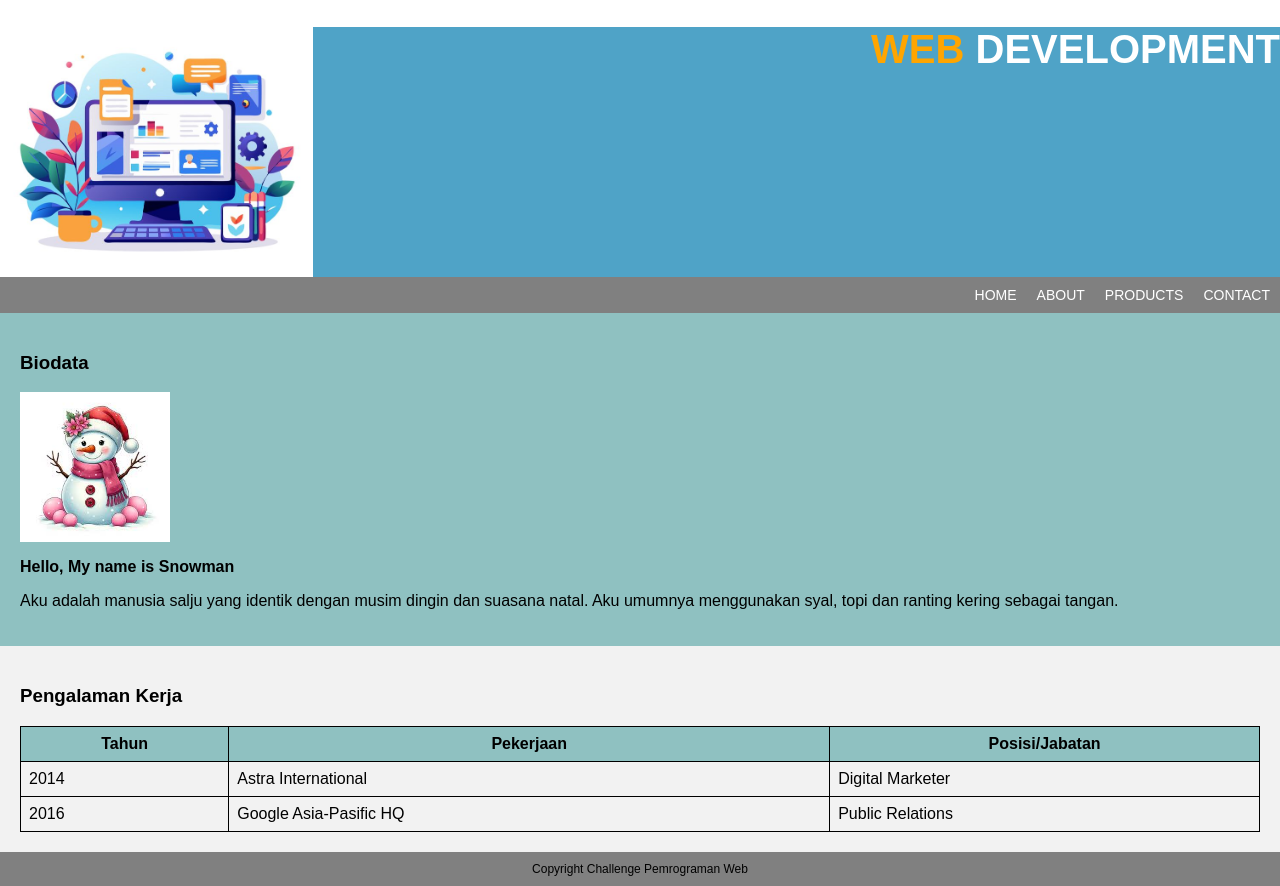
Repository: razitazhr/Pertemuan-6_24.116194
Page: Pertemuan 5/Challenge 5.html
The author's editor kept a copy of each file at every save. The page is drawn from the files as they stood at one save, then again after the next save.
The browser window is 1280 px wide. The pictures show the whole page.

Above is the page before, as saved 2026-05-03 22:14:15.

### Pertemuan 5/Challenge 5.html
<!DOCTYPE html>
<html lang="en">
<head>
    <meta charset="UTF-8">
    <meta name="viewport" content="width=device-width, initial-scale=1.0">
    <title>Challenge 5_24.11.6194</title>
    <link rel="stylesheet" href="style.css">
</head>
<body>
    <div class="header">
        <div class="header">
            <h1><span>WEB</span> DEVELOPMENT</h1>
        </div>
    </div>
    <div class="navbar">
        <a href="#">HOME</a>
        <a href="#">ABOUT</a>
        <a href="#">PRODUCTS</a>
        <a href="#">CONTACT</a>
    </div>
    <div class="container">
        <div class="biodata">
            <h3>Biodata</h3>
            <img src="snowman.jpg" alt="">
            <p><b>Hello, My name is Snowman</b></p>
            <p>Aku adalah manusia salju yang identik dengan musim dingin dan suasana natal. Aku umumnya menggunakan syal, topi dan ranting kering sebagai tangan.</p>
        </div>
    </div>
    <div class="pengalaman">
        <h3>Pengalaman Kerja</h3>
        <table>
            <tr>
                <th>Tahun</th>
                <th>Pekerjaan</th>
                <th>Posisi/Jabatan</th>
            </tr>
            <tr>
                <td>2014</td>
                <td>Astra International</td>
                <td>Digital Marketer</td>
            </tr>
            <tr>
                <td>2016</td>
                <td>Google Asia-Pasific HQ</td>
                <td>Public Relations</td>
            </tr>
        </table>
    </div>
    <div class="footer">
        Copyright Challenge Pemrograman Web
    </div>
</body>
</html>

### Pertemuan 5/Style.CSS
body {
    margin: 0;
    font-family: Arial;
}
.header {
    background-image: url('banner.jpg');
    background-size: contain;
    background-position: left;
    background-repeat: no-repeat;
    background-color: #4fa3c7;
    height: 250px;
    position: relative;
}
.overlay {
    background: rgba(0, 0, 0, 0, 3);
    height: 100%;
    display: flex;
    align-items: flex-start;
    justify-content: flex-end;
    padding: 20px;
}
.header h1 {
    color: white;
    font-size: 40px;
    text-align: right;
}
.header span {
    color: orange;
}
.navbar {
    display: flex;
    justify-content: flex-end;
    background: gray;
    padding: 10px;
}
.navbar a {
    color: white;
    text-decoration: none;
    margin-left: 20px;
    font-size: 14px;
}
.container {
    display: flex;
    min-height: 300px;
}
.biodata {
    flex: 1;
    background: #8fc1c1;
    padding: 20px;
}
.biodata img {
    width: 150px;
    display: block;
    margin-bottom: 10px;
}
.pengalaman {
    flex: 2;
    background: #f2f2f2;
    padding: 20px;
}
table {
    width: 100%;
    border-collapse: collapse;
}
th {
    background: #8fc1c1;
}
table, th, td {
    border: 1px solid black;
    padding: 8px;
}
.footer {
    background: gray;
    text-align: center;
    padding: 10px;
    font-size: 12px;
}

After the next save:
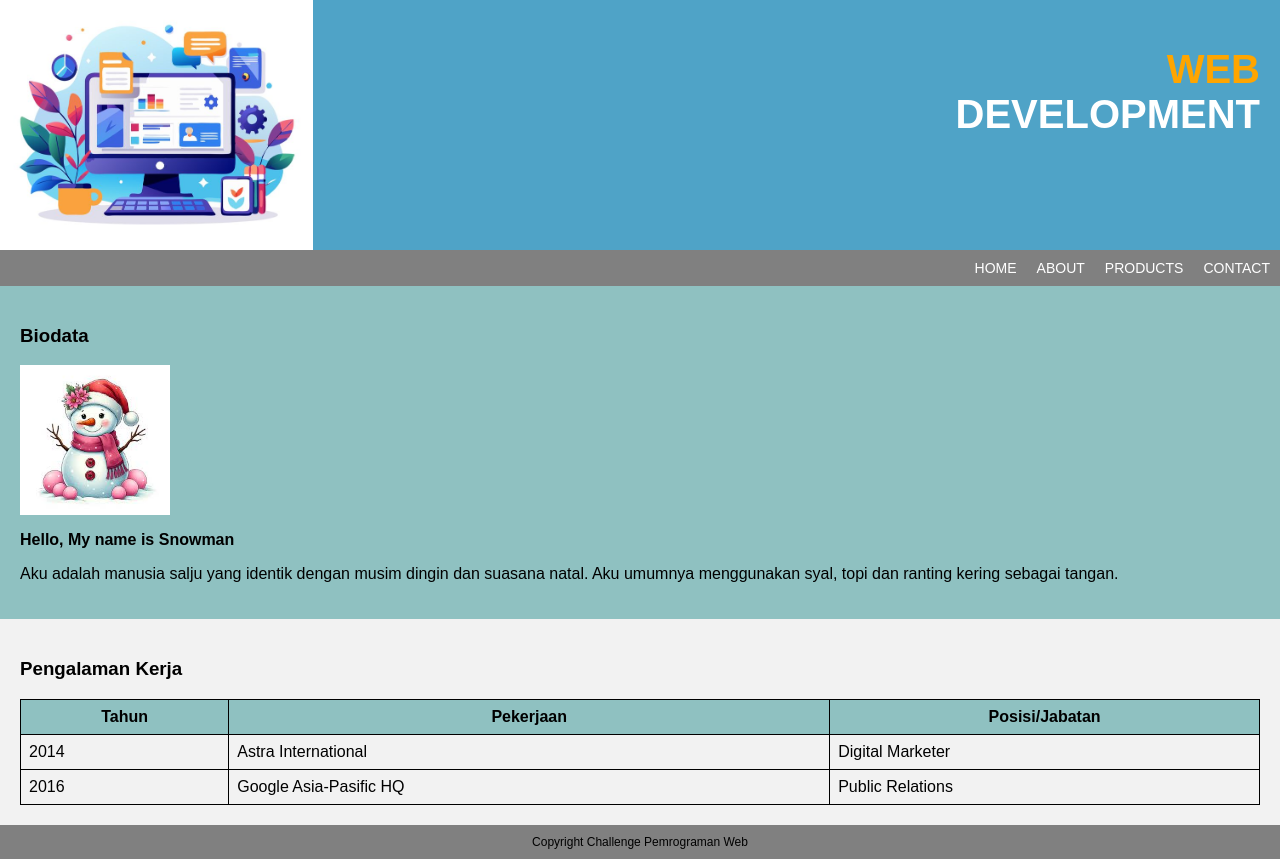
Saved 105 s later.
--- a/Pertemuan 5/Challenge 5.html
+++ b/Pertemuan 5/Challenge 5.html
@@ -9,7 +9,10 @@
 <body>
     <div class="header">
         <div class="header">
-            <h1><span>WEB</span> DEVELOPMENT</h1>
+            <div class="overlay">
+                <h1><span>WEB</span>
+                    <br>DEVELOPMENT</h1>
+            </div>
         </div>
     </div>
     <div class="navbar">
